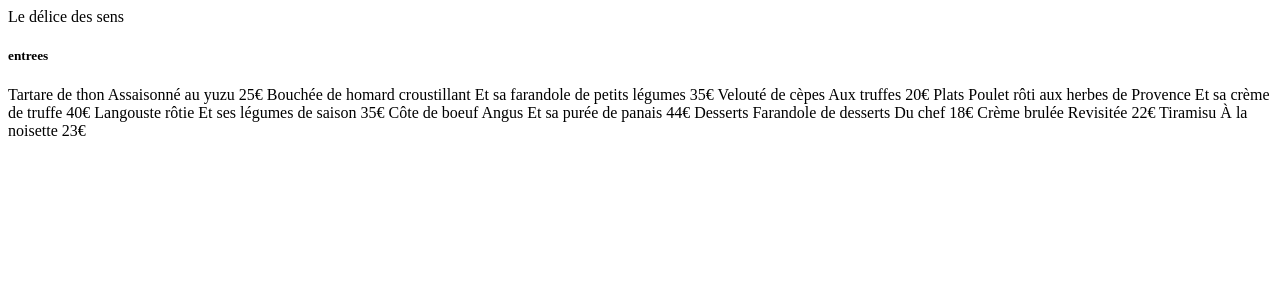
Repository: lysianebo/OHMYFOOD
Page: La_note_enchantée.html
An editor plug-in stored every save of this project. The page is shown before and after the next save, followed by the edit.
The browser window is 1280 px wide. The pictures show the whole page.

Above is the page before, as saved 2022-10-22 13:05:13.

After the next save:
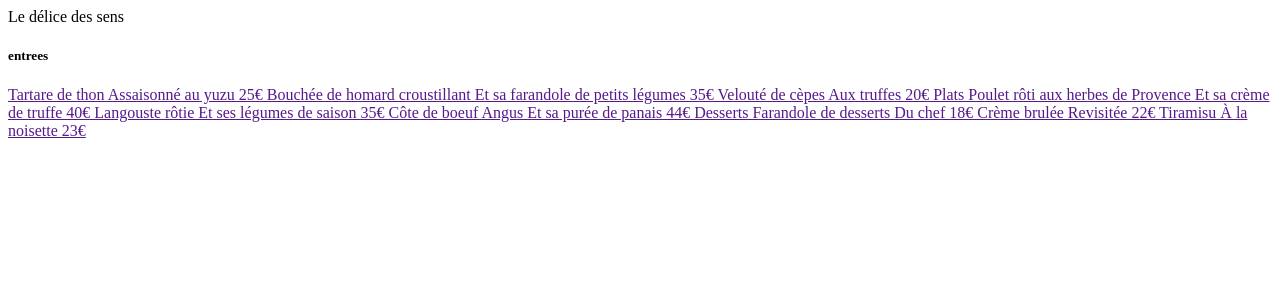
Saved 33 s later.
--- a/La_note_enchantée.html
+++ b/La_note_enchantée.html
@@ -10,11 +10,11 @@
     Le délice des sens
 
  <h5>entrees</h5>
-Tartare de thon
+ <a href="" class="btn grey">Tartare de thon
 Assaisonné au yuzu
 25€
 
-Bouchée de homard croustillant
+                                                            Bouchée de homard croustillant
 Et sa farandole de petits légumes
 35€
 
